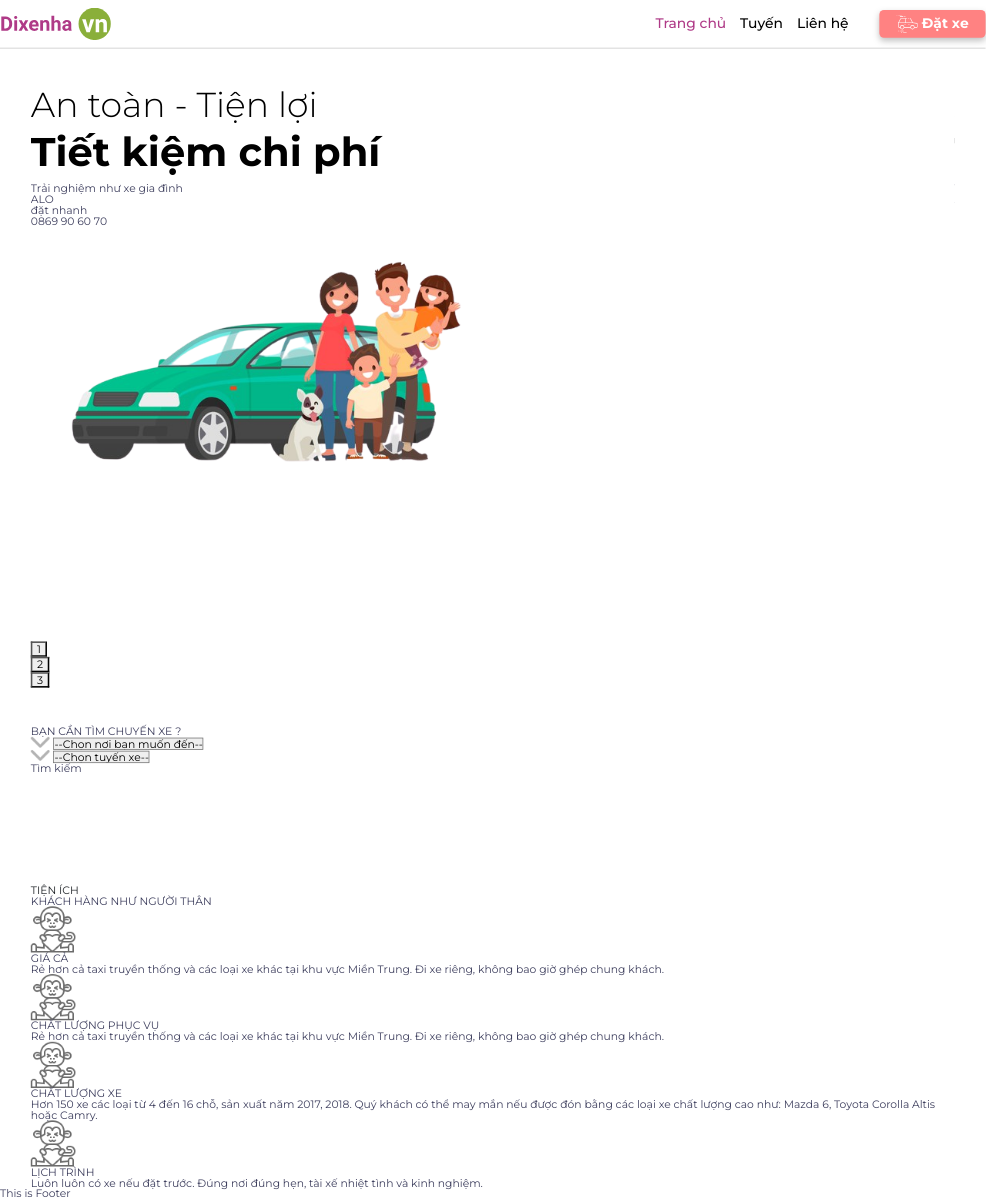
Repository: thanhthien0706/last_project--fe004
Page: lastProductF004/dist/index.html
These files come from the project's save history. The page is drawn as it stood at one moment and after the next save; the edit follows.
The browser window is 1280 px wide. The pictures show the whole page, at 77% of full size.
Some web libraries are served in a nearby version. The style sheet was rebuilt from its Sass, Less or Tailwind sources for each picture, by a compiler version that may differ from the author's.

Above is the page before, as saved 2021-09-16 19:27:02.

### lastProductF004/dist/index.html
<html lang="vi">

<head>
  <!-- include head.html -->
  <title>Trang web cho thuê xe Đà Nẵng - Hội An</title>
<meta name="viewport" content="width=device-width, initial-scale=1, shrink-to-fit=no">
<meta http-equiv="Content-type" content="text/html;charset=UTF-8">

<!-- favicon -->
<link href="/images/favicon.ico" type="image/x-icon" rel="icon">
<!-- meta social -->
<meta name="twitter:card" content="" />
<meta name="twitter:site" content="" />
<meta name="twitter:creator" content="" />
<meta property="og:description" content="" />
<meta property="og:image" content="" />
<meta property="og:site_name" content="">
<meta property="og:title" content="" />
<meta property="og:type" content="">
<meta property="og:url" content="" />
<link rel="apple-touch-icon" sizes="180x180" href="/images/favicon/apple-touch-icon.png">
<link rel="icon" type="image/png" sizes="32x32" href="/images/favicon/favicon-32x32.png">
<link rel="icon" type="image/png" sizes="16x16" href="/images/favicon/favicon-16x16.png">

<link rel="manifest" href="/manifest.json">

<meta name="mobile-web-app-capable" content="yes">
<meta name="apple-mobile-web-app-capable" content="yes">
<meta name="application-name" content="Short name web app">
<meta name="apple-mobile-web-app-title" content="Short name web app">
<meta name="theme-color" content="#00a849">
<meta name="msapplication-navbutton-color" content="#00a849">
<meta name="apple-mobile-web-app-status-bar-style" content="black-translucent">
<meta name="msapplication-starturl" content="/">


  <!-- include styles.html -->
  <link href="https://fonts.googleapis.com/css?family=Roboto|Roboto+Condensed|Roboto+Mono|Roboto+Slab&display=swap"
    rel="stylesheet">
<link href="https://fonts.googleapis.com/icon?family=Material+Icons" rel="stylesheet">


<!-- boostrap -->
<link rel="stylesheet" href="https://stackpath.bootstrapcdn.com/bootstrap/4.4.1/css/bootstrap.min.css"
    integrity="sha384-Vkoo8x4CGsO3+Hhxv8T/Q5PaXtkKtu6ug5TOeNV6gBiFeWPGFN9MuhOf23Q9Ifjh" crossorigin="anonymous">
<link rel="stylesheet" href="https://use.fontawesome.com/releases/v5.8.2/css/all.css"
    integrity="sha384-oS3vJWv+0UjzBfQzYUhtDYW+Pj2yciDJxpsK1OYPAYjqT085Qq/1cq5FLXAZQ7Ay" crossorigin="anonymous">

<link rel="stylesheet" href="https://unpkg.com/swiper/swiper-bundle.css">
<link rel="stylesheet" href="https://unpkg.com/swiper/swiper-bundle.min.css">

<link href="https://unpkg.com/aos@2.3.1/dist/aos.css" rel="stylesheet">

<!-- build:css(.tmp) style/style.min.css -->
<!-- <link rel="stylesheet" type="text/css" media="screen" href="styles/main.scss"/> -->
<link rel="stylesheet" type="text/css" media="screen" href="css/main.css" />
<!-- endbuild -->
</head>

<body class="wrapper">
  <header class="main_header">
  <div class="container_edit">
    <div class="box_main_content">
      <div class="box_logo">
        <img src="../../images/logo.svg" alt="logo" class="img_logo">
      </div>
      <div class="box_main_menu">
        <ul class="lista_menu">
          <li class="item_list">
              <a href="#" class="active">Trang chủ</a>
          </li>
          <li class="item_list">
              <a href="#">Tuyến</a>
          </li>
          <li class="item_list">
              <a href="#">Liên hệ</a>
          </li>
        </ul>
        <a href="#" class="btn_dat_xe">
          <img src="images/icon/ic_car-1.svg" alt="">
          <span class="text">Đặt xe</span>
        </a>
      </div>
    </div>
  </div>

</header>

  <section>

    <section class="section_01">
      <div class="container_new_edit">
        <div class="box_main_slide">
          <!-- slide 1 -->
          <div class="box_content_slide">

            <div class="box_slogan">
              <p class="slogan_1">An toàn - Tiện lợi</p>
              <p class="slogan_2">Tiết kiệm chi phí</p>
              <p class="slogan_3"><span class="sp_slogan_1">Trải nghiệm</span> như xe <span class="sp_slogan_2">gia đình</span></p>
            </div>

            <div class="box_contact">
              <div class="box_icon">
                <div class="shape_1"></div>
                <div class="shape_2"></div>
                <p class="icon">ALO</p>
              </div>
              <div class="box_text">
                <p>đặt nhanh</p>
                <p class="sdt">
                  0869 90 60 70
                </p>
              </div>
            </div>

            <div class="box_img">
              <img src="images/bg/bg_image-1.png" alt="">
            </div>

          </div>

          <!-- slide 2 -->
          <div class="box_content_slide">

            <div class="box_slogan">
              <p class="slogan_1">An toàn - Tiện lợi</p>
              <p class="slogan_2">Tiết kiệm chi phí</p>
              <p class="slogan_3"><span class="sp_slogan_1">Trải nghiệm</span> như xe <span class="sp_slogan_2">gia đình</span></p>
            </div>

            <div class="box_contact">
              <div class="box_icon">
                <div class="shape_1"></div>
                <div class="shape_2"></div>
                <p class="icon">ALO</p>
              </div>
              <div class="box_text">
                <p>đặt nhanh</p>
                <p class="sdt">
                  0869 90 60 70
                </p>
              </div>
            </div>

            <div class="box_img">
              <img src="images/bg/bg_image-1.png" alt="">
            </div>

          </div>

          <!-- slide 3 -->
          <div class="box_content_slide">

            <div class="box_slogan">
              <p class="slogan_1">An toàn - Tiện lợi</p>
              <p class="slogan_2">Tiết kiệm chi phí</p>
              <p class="slogan_3"><span class="sp_slogan_1">Trải nghiệm</span> như xe <span class="sp_slogan_2">gia đình</span></p>
            </div>

            <div class="box_contact">
              <div class="box_icon">
                <div class="shape_1"></div>
                <div class="shape_2"></div>
                <p class="icon">ALO</p>
              </div>
              <div class="box_text">
                <p>đặt nhanh</p>
                <p class="sdt">
                  0869 90 60 70
                </p>
              </div>
            </div>

            <div class="box_img">
              <img src="images/bg/bg_image-1.png" alt="">
            </div>

          </div>

        </div>
      </div>
    </section>
    <section class="section_02">
      <div class="container_new_edit">
        <div class="row_edit">
          <div class="box_left">
            <p>BẠN CẦN TÌM CHUYẾN XE ?</p>
            <section class="section_list_sec">

              <div class="box_main--sec">
                <span class="arrow">
                  <img src="images/icon/ic_arrow--down.png" alt="">
                </span>
                <select name="" id="" class="select_main">
                  <option value="1">--Chọn nơi bạn muốn đến--</option>
                  <option value="1">Đà nẵng</option>
                  <option value="1">Nha Trang</option>
                  <option value="1">Huế</option>
                </select>
              </div>

              <div class="box_main--sec">
                <span class="arrow">
                  <img src="images/icon/ic_arrow--down.png" alt="">
                </span>
                <select name="" id="" class="select_main">
                  <option value="1">--Chọn tuyến xe--</option>
                  <option value="1">Tuyến 1</option>
                  <option value="1">Tuyến 2</option>
                  <option value="1">Tuyến 3</option>
                </select>
              </div>

              <a href="#" class="btn_search">Tìm kiếm</a>
            </section>
          </div>
          <div class="box_right">
            <img src="images/bg/bg_img-2.svg" alt="">
          </div>
        </div>
      </div>
    </section>
    <section class="section_03">
      <div class="container_new_edit">
        <div class="box_header">
          <span>TIỆN ÍCH</span>
          <h2>KHÁCH HÀNG NHƯ NGƯỜI THÂN</h2>
        </div>
        <div class="box_tien-ich_main">
          <div class="box_grid">
            <div class="item_grid">
              <div class="box_conten">
                <div class="box_logo">
                  <img src="images/icon/ic_monkey.png" alt="">
                </div>
                <div class="box_text--main">
                  <h2>GIÁ CẢ</h2>
                  <p>
                    Rẻ hơn cả taxi truyền thống và các loại xe khác tại khu vực Miền Trung.
                    Đi xe riêng, không bao giờ ghép chung khách.
                  </p>
                </div>
              </div>
            </div>
            <div class="item_grid">
              <div class="box_conten">
                <div class="box_logo">
                  <img src="images/icon/ic_monkey.png" alt="">
                </div>
                <div class="box_text--main">
                  <h2>CHẤT LƯỢNG PHỤC VỤ</h2>
                  <p>
                    Rẻ hơn cả taxi truyền thống và các loại xe khác tại khu vực Miền Trung.
                    Đi xe riêng, không bao giờ ghép chung khách.
                  </p>
                </div>
              </div>
            </div>
            <div class="item_grid">
              <div class="box_conten">
                <div class="box_logo">
                  <img src="images/icon/ic_monkey.png" alt="">
                </div>
                <div class="box_text--main">
                  <h2>CHẤT LƯỢNG XE</h2>
                  <p>
                    Hơn 150 xe các loại từ 4 đến 16 chỗ, sản xuất năm 2017, 2018.
                    Quý khách có thể may mắn nếu được đón bằng các loại xe chất lượng cao
                    như: Mazda 6, Toyota Corolla Altis hoặc Camry.
                  </p>
                </div>
              </div>
            </div>
            <div class="item_grid">
              <div class="box_conten">
                <div class="box_logo">
                  <img src="images/icon/ic_monkey.png" alt="">
                </div>
                <div class="box_text--main">
                  <h2>LỊCH TRÌNH</h2>
                  <p>
                    Luôn luôn có xe nếu đặt trước.
                    Đúng nơi đúng hẹn, tài xế nhiệt tình và kinh nghiệm.
                  </p>
                </div>
              </div>
            </div>
          </div>
        </div>
      </div>
    </section>

  </section>
  <footer class="main_footer">
        <h1>This is Footer</h1>
</footer>

  <!-- include scripts.html -->
  <!-- boostrap -->
<script src="https://ajax.googleapis.com/ajax/libs/jquery/3.4.1/jquery.min.js"></script>
<!-- <script src="https://code.jquery.com/jquery-3.3.1.slim.min.js"
        integrity="sha384-q8i/X+965DzO0rT7abK41JStQIAqVgRVzpbzo5smXKp4YfRvH+8abtTE1Pi6jizo"
        crossorigin="anonymous"></script> -->
<script src="https://cdnjs.cloudflare.com/ajax/libs/popper.js/1.14.7/umd/popper.min.js"
        integrity="sha384-UO2eT0CpHqdSJQ6hJty5KVphtPhzWj9WO1clHTMGa3JDZwrnQq4sF86dIHNDz0W1"
        crossorigin="anonymous"></script>
<script src="https://stackpath.bootstrapcdn.com/bootstrap/4.3.1/js/bootstrap.min.js"
        integrity="sha384-JjSmVgyd0p3pXB1rRibZUAYoIIy6OrQ6VrjIEaFf/nJGzIxFDsf4x0xIM+B07jRM"
        crossorigin="anonymous"></script>



<!-- build:js script/script.min.js -->
<script type="text/javascript" src="js/slick.js"></script>
<script type="text/javascript" src="js/script.js"></script>
<!-- endbuild -->

<script src="https://unpkg.com/aos@2.3.1/dist/aos.js"></script>
</body>

</html>

### lastProductF004/src/styles/main.scss
// ----------------------------------------------------------------------
// Font
// ----------------------------------------------------------------------
@import url('https://fonts.googleapis.com/css?family=Roboto:300,400,500,700,900&subset=vietnamese');
@import url('https://cdnjs.cloudflare.com/ajax/libs/font-awesome/5.15.1/css/all.min.css');
// ----------------------------------------------------------------------
// Base
// ----------------------------------------------------------------------
@import "base/reset";
@import "base/fonts";
@import "base/base";

// ----------------------------------------------------------------------
// Layout
// ----------------------------------------------------------------------
@import "layout/slick";
@import "layout/global";
@import "layout/keyframes";
@import "layout/header";
@import "layout/footer";

// ----------------------------------------------------------------------
// Pages
// ----------------------------------------------------------------------
@import "pages/homepage";

### lastProductF004/src/styles/base/_fonts.scss
@import url('https://fonts.googleapis.com/css2?family=Montserrat:wght@100;200;300;400;500;600;700;800;900&display=swap');
// font-family: 'Montserrat', sans-serif;

### lastProductF004/src/styles/layout/_global.scss
// =====================================================================
// COLOR
// =====================================================================

$col1: #f89612;

// =====================================================================
// KEYFRAME
// =====================================================================

$font-size: 16;

body {
    font-family: 'Montserrat', sans-serif;
    font-size: 14px;
}

.container_big {
    width: 100%;
    max-width: 1600px;
    max-width: 1366px;
    margin: 0 auto;
    @include tran_slow_03();

    @include maxWidth(1600px) {
        max-width: 1360px;
    }

    @include maxWidth(1366px) {
        max-width: 1200px;
    }

    @include maxWidth(1200px) {
        max-width: 1170px;
        max-width: 95%;

    }
}

.wrapper {
    position: relative;
}

.box_bcrum {
    margin-top: 20px;
    margin-bottom: 20px;

    ul {
        &::after {
            @include clear_fix();
        }

        li {
            margin-right: 10px;
            display: inline-flex;
            flex-direction: row;
            align-items: center;
            display: inline;
            line-height: 1.3;


            &.home {
                a {
                    &::before {
                        position: relative;
                        bottom: 0;
                        content: '';
                        height: 14px;
                        width: 14px;
                        display: inline-flex;
                        background-image: url('../images/icon/home.png');
                        background-color: transparent;
                        background-position: center;
                        background-repeat: no-repeat;
                        background-size: contain;
                    }
                }
            }

            &:last-child {
                margin-right: 0;
            }

            a {
                text-decoration: none;
                outline: none;
                position: relative;

                &::before {
                    position: relative;
                    bottom: 2px;
                    margin-right: 5px;
                    content: '';
                    height: 4px;
                    width: 4px;
                    display: inline-flex;
                    @include borderRadius(50%);
                    background-color: $col1;
                }
            }

            .txt_crumb {
                font-size: 14px;
                font-weight: normal;
                color: #000;

                &::before {
                    position: relative;
                    bottom: 2px;
                    margin-right: 5px;
                    content: '';
                    height: 4px;
                    width: 4px;
                    display: inline-flex;
                    @include borderRadius(50%);
                    background-color: $col1;
                }
            }
        }
    }
}

.main_footer {
    position: relative;

    .go_top {
        cursor: pointer;
        position: absolute;
        right: 3%;
        top: -100px;
        height: 80px;
        width: 80px;
        background-image: url('../images/icon/gotop.png');
        background-position: center;
        background-repeat: no-repeat;
        background-size: contain;
        z-index: 991;
        @include tran_slow_03();

        @include maxWidth(1024px) {
            right: 5px;
            height: 60px;
            width: 60px;
        }

        @include maxWidth(480px) {
            top: -40px;
            height: 40px;
            width: 40px;
        }
    }
}


.row_tour {
    display: flex;
    flex-direction: row;
    margin-left: -15px;
    margin-right: -15px;
    @include tran_slow_03();

    @include maxWidth(480px) {
        margin-left: 0;
        margin-right: 0;
    }

    .item_row {
        padding-right: 15px;
        padding-left: 15px;
        @include tran_slow_03();

        @include maxWidth(480px) {
            padding-right: 0;
            padding-left: 0;
        }
    }
}

@mixin transition_slow($times) {
    -webkit-transition: all $times ease-in-out 0s;
    -o-transition: all $times ease-in-out 0s;
    transition: all $times ease-in-out 0s;
}

@mixin  font_size($value) {
    font-size: $value/$font-size + rem;
}

### lastProductF004/src/styles/layout/_keyframes.scss
@include keyframes(faderighttoleft) {
    from {
        opacity: 0;
        right: -50px;
    }

    to {
        opacity: 1;
        right: 0;
    }
}

@include keyframes(face_text_slide) {
    from {
        opacity: 0;
        top: 20px;
    }

    to {
        opacity: 1;
        top: 0;
    }
}
@include keyframes(showcar_home) {
    from {
        opacity: 0;
        visibility: hidden;
        bottom: -10px;
    }

    to {
        opacity: 1;
        visibility: visible;
        bottom: 0;
    }
}

@include keyframes(showcar) {
    from {
        opacity: 0;
        visibility: hidden;
        bottom: -10px;
    }

    to {
        opacity: 1;
        visibility: visible;
        bottom: -24px;
    }
}

@include keyframes(xoayphone) {
    0% {
        @include xoay(-45deg);
    }

    50% {
        @include xoay(25deg);
    }

    100% {
        @include xoay(0deg);
    }
}

@include keyframes(onloadtabs) {
    from {
        opacity: 0;
        visibility: hidden;
        left: -10px;
    }

    to {
        opacity: 1;
        visibility: visible;
        left: 0;
    }
}

@include keyframes(showhomecar) {
    from {
        opacity: 0;
        visibility: hidden;
        min-height: 0;
        bottom: -20px;
    }

    to {
        opacity: 1;
        visibility: visible;
        min-height: 240px;
        bottom: 0;
    }
}

### lastProductF004/src/styles/layout/_header.scss
.container_edit{
    max-width: 1360px;
    width: 100%;
    margin: 0 auto;
}

.main_header{
    padding: 10px 0;
    background-color: #fff;
    border-bottom: 1px solid rgba(0, 0, 0, 0.22);
    .box_main_content{
        display: flex;
        flex-direction: row;
        justify-content: space-between;
        align-items: center;
        .box_logo{
            img{
                width: auto;
                height: 42px;
                object-fit: cover;
            }
        }
        .box_main_menu{
            display: flex;
            flex-direction: row;
            justify-self: center;
            align-items: center;
            .lista_menu{
                display: flex;
                flex-direction: row;
                justify-content: space-between;
                align-items: center;
                margin-right: 40px;
                .item_list{
                    margin-right:18px;
                    a{
                        font-size:18px;
                        color:#000;
                        font-weight: 500;
                        text-decoration: none;
                        transition: 0.5s;
                        &.active{
                            color:#AF3A87;
                        }
                        &:hover{
                            color:#AF3A87;
                        }
                    }
                    &:last-child{
                        margin-right:0;
                    }
                }
            }
            .btn_dat_xe{
                display: flex;
                flex-direction: row;
                justify-content: space-between;
                align-items: center;
                padding: 6px 22px;
                background-color: #FF8282;
                border-radius: 6px;
                text-decoration: none;
                filter: drop-shadow(0px 4px 4px rgba(0, 0, 0, 0.25));
                transition: 0.5s;
                &:hover{
                    opacity: 0.8;
                }
                img{
                    margin-right: 5px;
                }
                span{
                    font-size:18px;
                    color:#fff;
                    font-weight: bold;
                }
            }
        }
    }
}

### lastProductF004/src/styles/pages/_homepage.scss
html {
    scroll-behavior: smooth;
}

.container_new_edit{
    max-width: 1200px;
    width: 100%;
    margin: 0 auto;
}

.section_01{
    min-height:500px;
    padding: 50px 0;
    // width: 100%;
    .box_main_slide{
        .box_content_slide{
            .box_slogan{
                .slogan_1{
                    @include font_size(45);
                    font-weight: 300;
                    color: #000;
                    margin-bottom: 14px;
                }
                .slogan_2{
                    @include font_size(52);
                    font-weight: bold;
                    color: #000;
                    margin-bottom: 14px;
                }
            }
        }
    }
}

Loaded but not shown: lastProductF004/dist/js/slick.js (library); lastProductF004/src/styles/base/_reset.scss (common file); lastProductF004/src/styles/layout/_slick.scss (common file); lastProductF004/dist/js/script.js (13 lines, source omitted); lastProductF004/src/styles/base/_base.scss (976 lines, source omitted); lastProductF004/src/styles/layout/_footer.scss (no stored copy; drawn as an empty file)

After the next save:
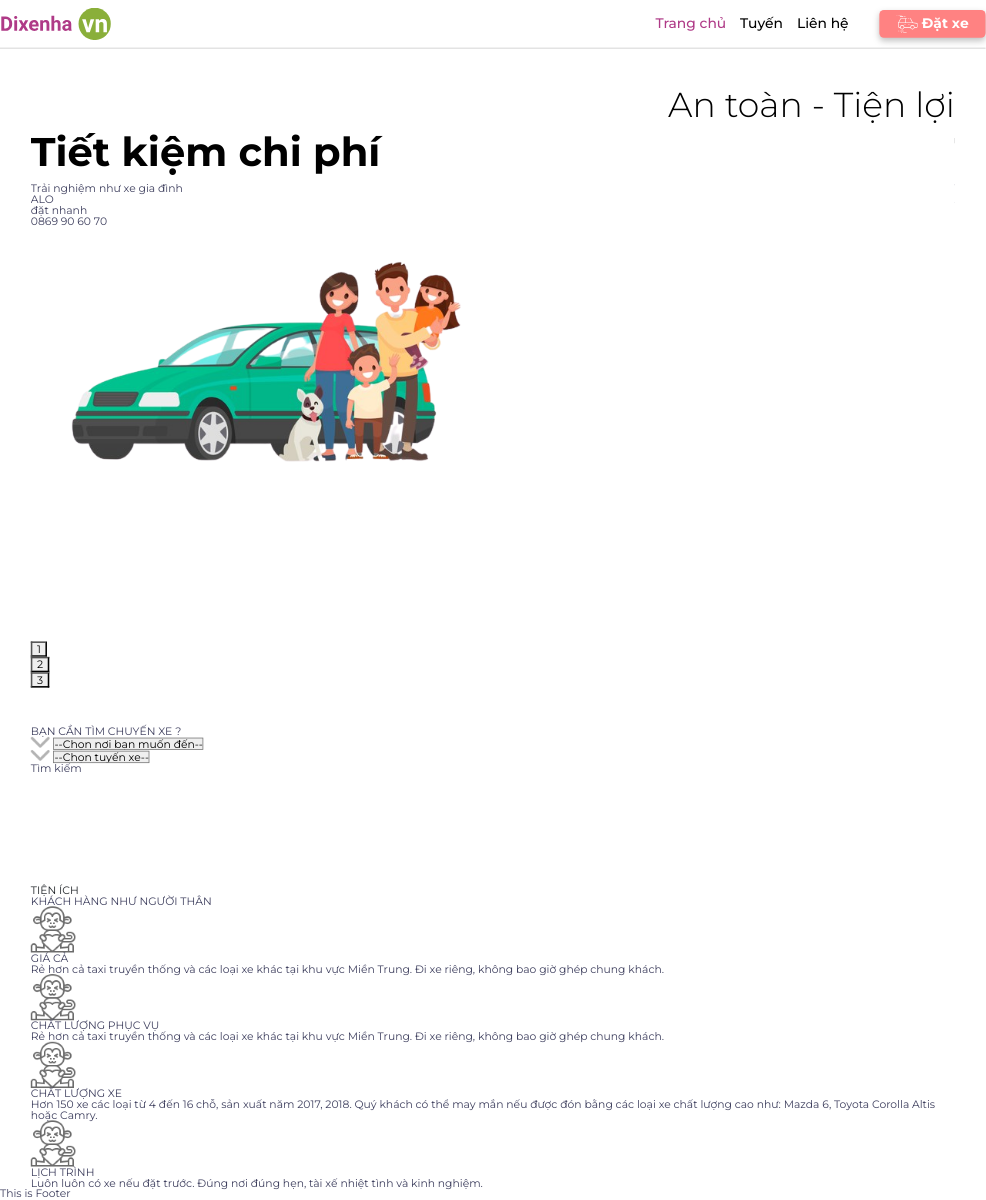
Saved 25 s later.
--- a/lastProductF004/src/styles/pages/_homepage.scss
+++ b/lastProductF004/src/styles/pages/_homepage.scss
@@ -20,6 +20,7 @@ html {
                     font-weight: 300;
                     color: #000;
                     margin-bottom: 14px;
+                    text-align: end;
                 }
                 .slogan_2{
                     @include font_size(52);
